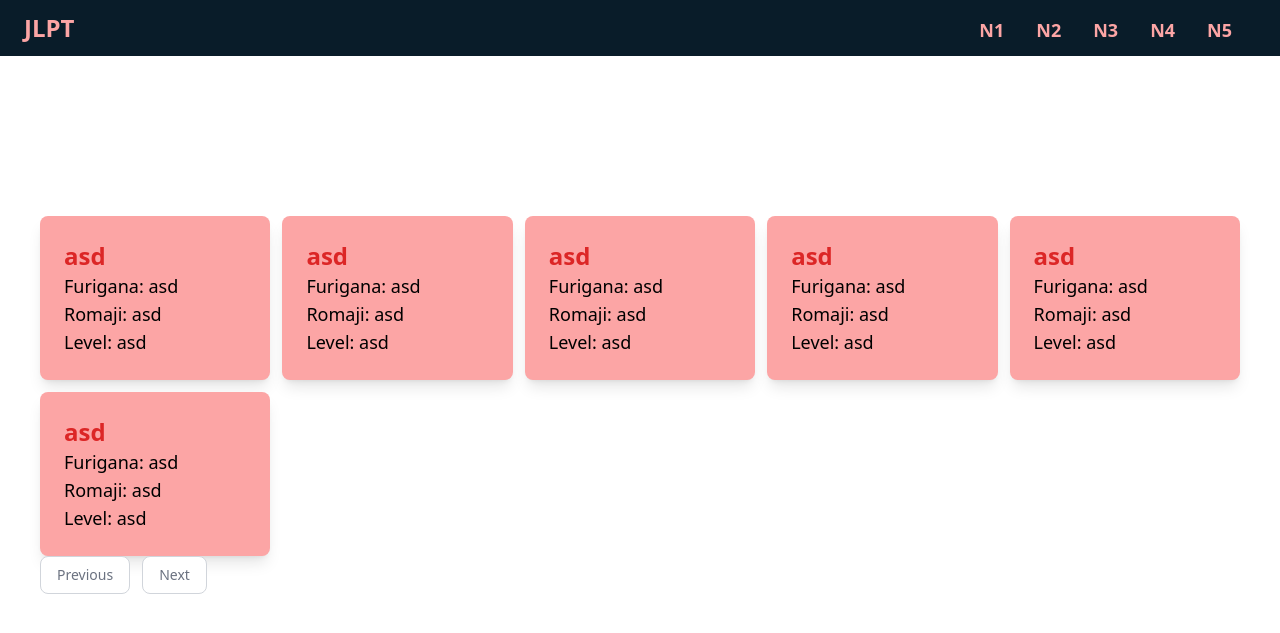
Repository: Penglee25/JLPT-vocabulary
Page: /n1
An editor plug-in stored every save of this project. The page is shown before and after the next save, followed by the edit.
The browser window is 1280 px wide. The pictures show the whole page.
The project was rebuilt for these pictures with package versions that can differ from the ones it lists, and the page was loaded fresh each time. The framework's server and built-in components were replaced by stand-ins that run in the browser. Also part of the build but not shown: next.config.js, src/styles/main.css.

Above is the page before, as saved 2023-03-17 13:40:37.

After the next save:
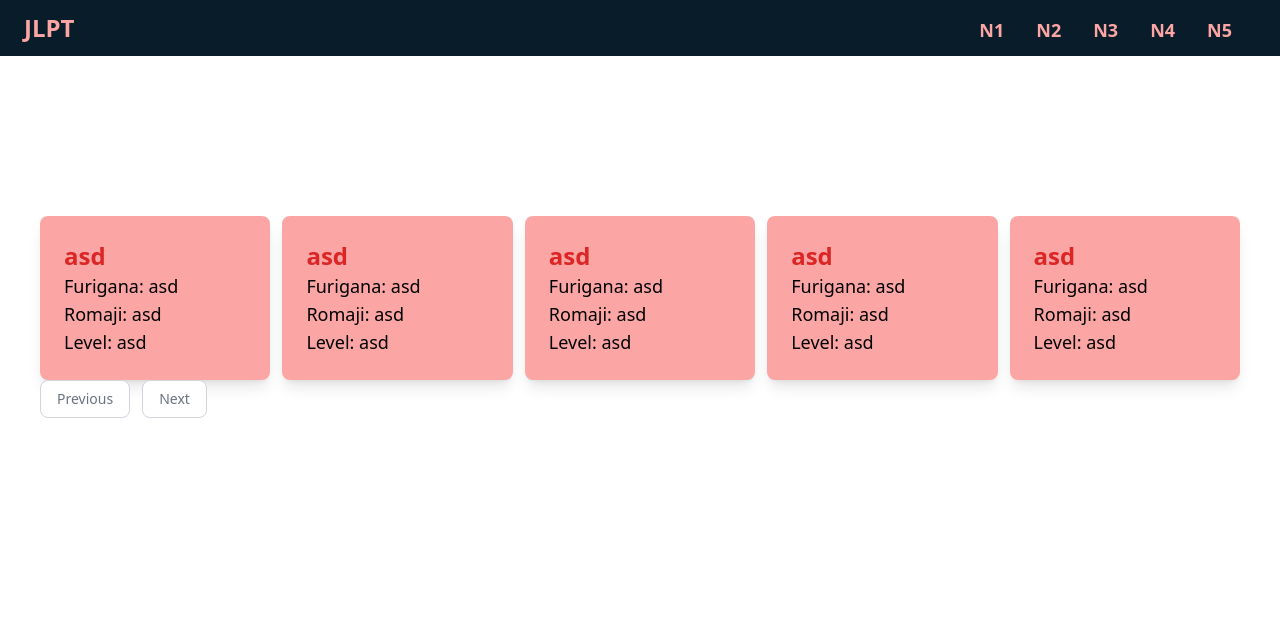
Saved 21 s later.
--- a/src/pages/n1.tsx
+++ b/src/pages/n1.tsx
@@ -9,12 +9,6 @@ export default function n1() {
 
 
                 <div className=" mt-44 grid md:grid-cols-5 gap-3 grid-cols-3">
-                    <div key={0} className="block rounded-lg bg-red-300 p-6 shadow-lg dark:bg-neutral-700">
-                        <span className='text-2xl font-bold text-red-600'>asd</span>
-                        <p className='my-0 text-lg'>Furigana: asd</p>
-                        <p className='my-0 text-lg'>Romaji: asd</p>
-                        <p className='my-0 text-lg'>Level: asd</p>
-                    </div>
                     <div key={0} className="block rounded-lg bg-red-300 p-6 shadow-lg dark:bg-neutral-700">
                         <span className='text-2xl font-bold text-red-600'>asd</span>
                         <p className='my-0 text-lg'>Furigana: asd</p>
